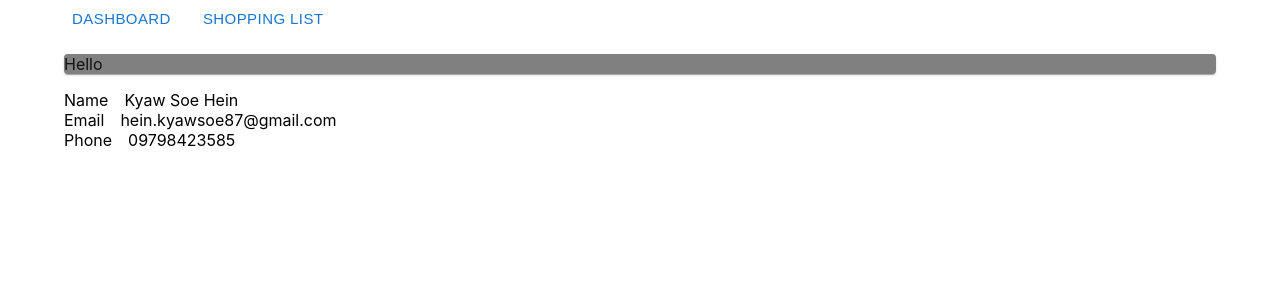
Repository: KyawSoeHein/GoogleAuthReact
Page: /
These files come from the project's save history. The page is drawn as it stood at one moment and after the next save; the edit follows.
The browser window is 1280 px wide. The pictures show the whole page.
The project was rebuilt for these pictures with package versions that can differ from the ones it lists, and the page was loaded fresh each time. Also part of the build but not shown: src/App.css.

Above is the page before, as saved 2022-02-14 19:18:25.

### src/index.tsx
import React from "react";
import ReactDOM from "react-dom";
import "./index.css";
import App from "./App";
import Dashboard from "./View/Dashboard";
import reportWebVitals from "./reportWebVitals";

ReactDOM.render(
  <React.StrictMode>
    <Dashboard />
  </React.StrictMode>,
  document.getElementById("root")
);

// If you want to start measuring performance in your app, pass a function
// to log results (for example: reportWebVitals(console.log))
// or send to an analytics endpoint. Learn more: https://bit.ly/CRA-vitals
reportWebVitals();

### src/View/Dashboard.tsx
import React from "react";
import { Container, Grid, Stack } from "@mui/material";
import MenuSelection from "../Components/MenuSelection";
import CoverAndProfilePhoto from "../Components/CoverAndProfilePhoto";

const Dashboard = () => {
  return (
    <Grid>
      <Container>
        <MenuSelection />

        <CoverAndProfilePhoto />

        <Stack direction={"row"} spacing={2}>
          <div>Name</div>
          <div>Kyaw Soe Hein</div>
        </Stack>

        <Stack direction={"row"} spacing={2}>
          <div>Email</div>
          <div>hein.kyawsoe87@gmail.com</div>
        </Stack>

        <Stack direction={"row"} spacing={2}>
          <div>Phone</div>
          <div>09798423585</div>
        </Stack>
      </Container>
    </Grid>
  );
};

export default Dashboard;

### src/Components/MenuSelection.tsx
import React from "react";
import { Button, Stack } from "@mui/material";
import "../App.css";

const MenuSelection = () => {
  const buttonFontSize = 15;

  return (
    <Stack direction={"row"} spacing={2}>
      <Button sx={{ fontSize: buttonFontSize, fontFamily: "sans-serif" }}>
        Dashboard
      </Button>
      <Button sx={{ fontSize: buttonFontSize, fontFamily: "sans-serif" }}>
        Shopping List
      </Button>
    </Stack>
  );
};

export default MenuSelection;

### src/Components/CoverAndProfilePhoto.tsx
import React from "react";
import { Button, Paper, Stack } from "@mui/material";
import "../App.css";

const CoverAndProfilePhoto = () => {
  return (
    <Paper elevation={1} sx={{ backgroundColor: "grey" }}>
      <p>Hello</p>
    </Paper>
  );
};

export default CoverAndProfilePhoto;

Loaded but not shown: public/index.html (common file); src/index.css (common file); src/reportWebVitals.ts (common file)

After the next save:
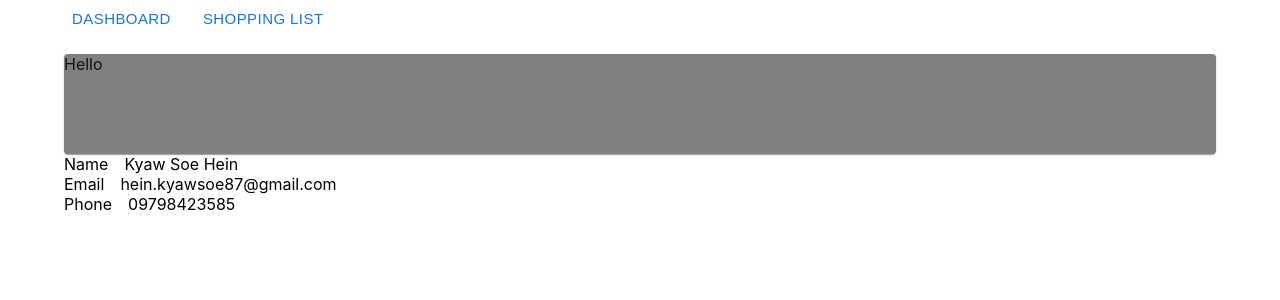
Saved 53 s later.
--- a/src/Components/CoverAndProfilePhoto.tsx
+++ b/src/Components/CoverAndProfilePhoto.tsx
@@ -4,7 +4,7 @@ import "../App.css";
 
 const CoverAndProfilePhoto = () => {
   return (
-    <Paper elevation={1} sx={{ backgroundColor: "grey" }}>
+    <Paper elevation={1} sx={{ backgroundColor: "grey", height: 100 }}>
       <p>Hello</p>
     </Paper>
   );
